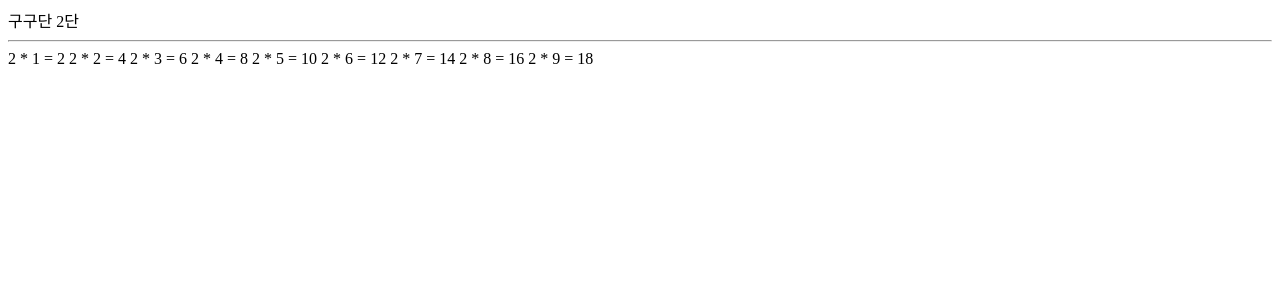
Repository: GITJIWOO/JavaBasic
Page: http://localhost/JSPBasic/gugudan.jsp
These files come from the project's save history. The page is drawn as it stood at one moment and after the next save; the edit follows.
The browser window is 1280 px wide. The pictures show the whole page.
The page is served by Tomcat 9.

Above is the page before, as saved 2021-07-29 03:12:37.

After the next save:
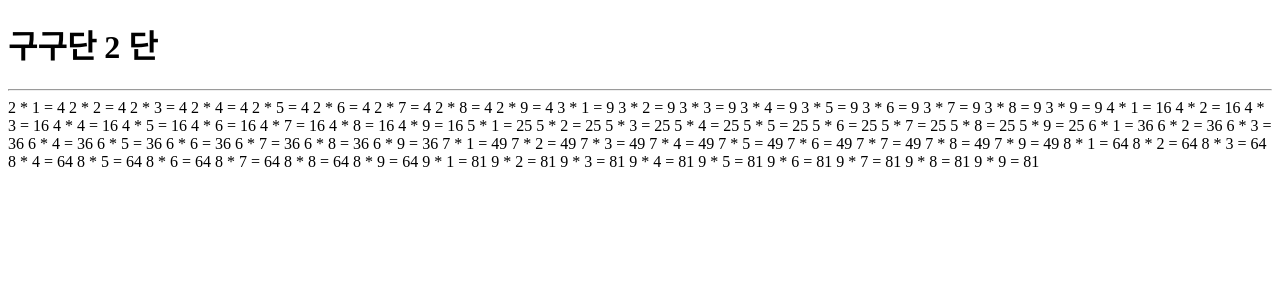
Saved 7 min 9 s later.
--- a/JSPBasic/WebContent/gugudan.jsp
+++ b/JSPBasic/WebContent/gugudan.jsp
@@ -7,15 +7,16 @@
 <title>Insert title here</title>
 </head>
 <body>
-	<%
-	int number = 2;
-	out.println("구구단 " + number + "단");
-	%>
+	<% int number = 2; %>
+	<h1>구구단 <% out.println(number); %>단</h1>
 	<hr>
 	<%
-	for(int i = 1; i <= 9; i++) {
-		out.println(number + " * " + i + " = " + (number * i));
+	for(int i = 2; i <= 9; i++) {
+		for(int j = 1; j <= 9; j++) {
+		out.println(i + " * " + j + " = " + (i * i));
 		}
+	}
+	number++;
 	%>
 </body>
 </html>
